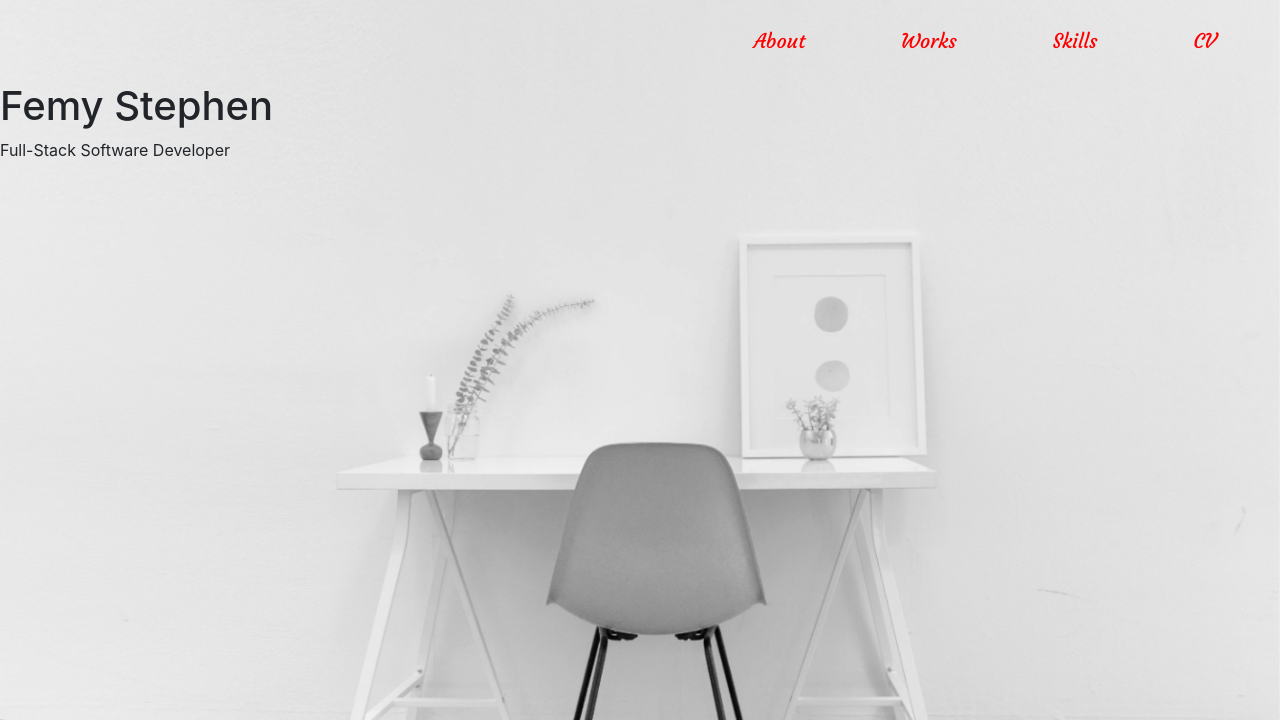
Repository: femy16/FemyStephen
Page: index.html
The author's editor kept a record of every edit. The page is drawn from the files as they stood at one moment, then again after the next edit.
The browser window is 1280 px wide. The pictures show the whole page.
Some web libraries are served in a nearby version.

Above is the page before.
Not found: hover.css

After the next edit:
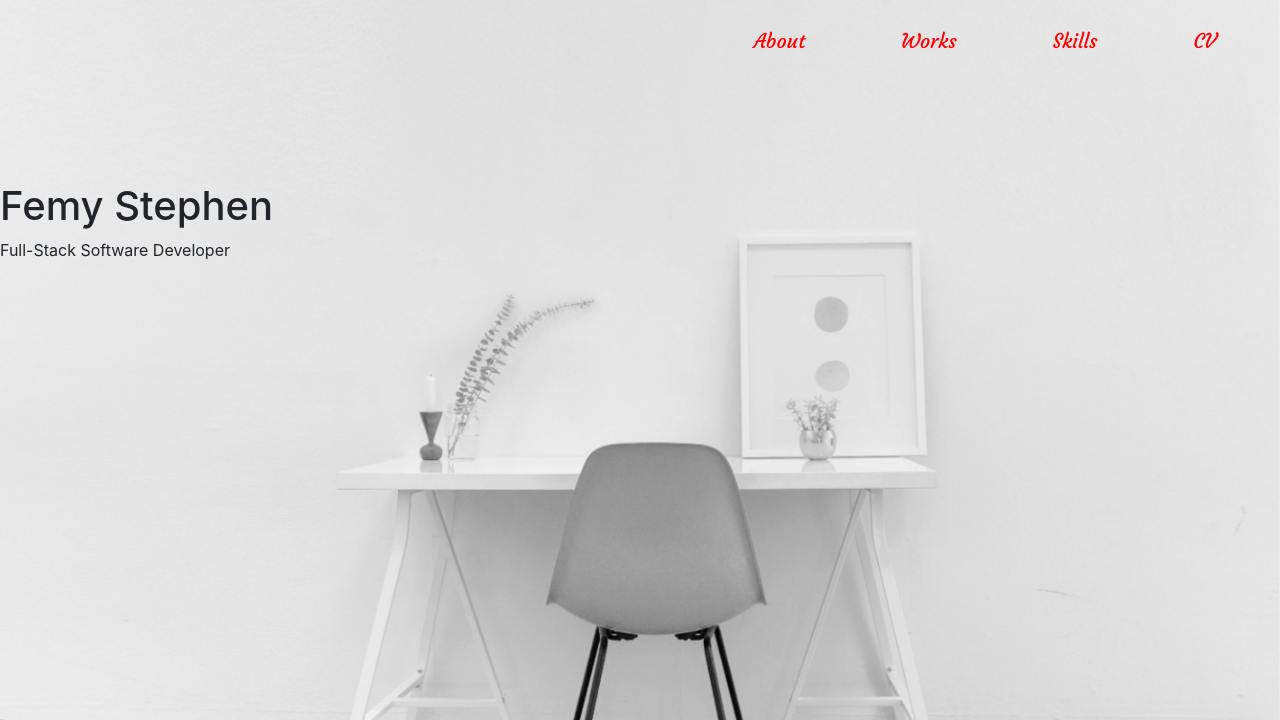
The edit:
--- a/style.css
+++ b/style.css
@@ -49,6 +49,7 @@
     padding-left: 40px;
     padding-right: 40px;
 }
-body{
+.headercontainer{
+    margin-top:100px;
 
 }
